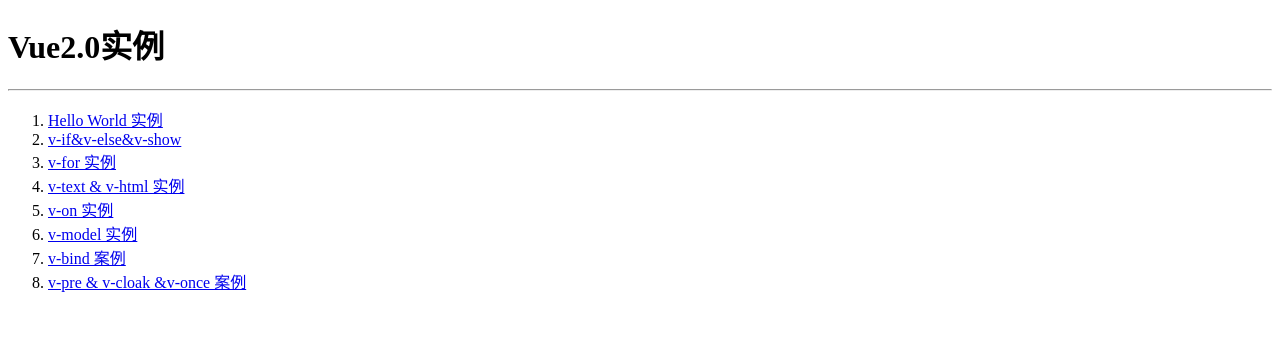
Repository: 13982720426/vue2.0-LearningNotes
Page: index.html
The author's editor kept a copy of each file at every save. The page is drawn from the files as they stood at one save, then again after the next save.
The browser window is 1280 px wide. The pictures show the whole page.

Above is the page before, as saved 2021-06-24 15:16:14.

### index.html
<!DOCTYPE html>
<html lang="en">
  <head>
    <meta charset="UTF-8" />
    <meta http-equiv="X-UA-Compatible" content="IE=edge" />
    <meta name="viewport" content="width=device-width, initial-scale=1.0" />
    <title>Vue.js实例</title>
  </head>
  <body>
    <h1>Vue2.0实例</h1>
    <hr />
    <ol>
      <li><a href="./example/helloworld.html">Hello World 实例</a></li>
      <li><a href="./example/v-if.html">v-if&v-else&v-show</a></li>
      <li><a href="./example/v-for.html">v-for 实例</a></li>
      <li><a href="./example/v-text.html">v-text & v-html 实例</a></li>
      <li><a href="./example/v-on.html">v-on 实例</a></li>
      <li><a href="./example/v-model.html">v-model 实例</a></li>
      <li><a href="./example/v-bind.html">v-bind 案例</a></li>
      <li><a href="./example/others.html">v-pre & v-cloak &v-once 案例</a></li>
    </ol>
  </body>
</html>

After the next save:
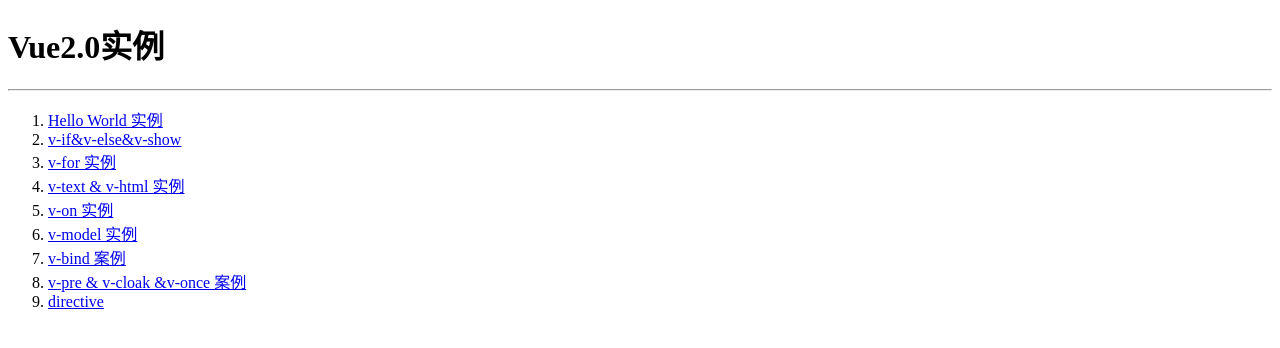
Saved 50 s later.
--- a/index.html
+++ b/index.html
@@ -18,6 +18,8 @@
       <li><a href="./example/v-model.html">v-model 实例</a></li>
       <li><a href="./example/v-bind.html">v-bind 案例</a></li>
       <li><a href="./example/others.html">v-pre & v-cloak &v-once 案例</a></li>
+
+      <li><a href="./example/vue.directive.html">directive</a></li>
     </ol>
   </body>
 </html>
